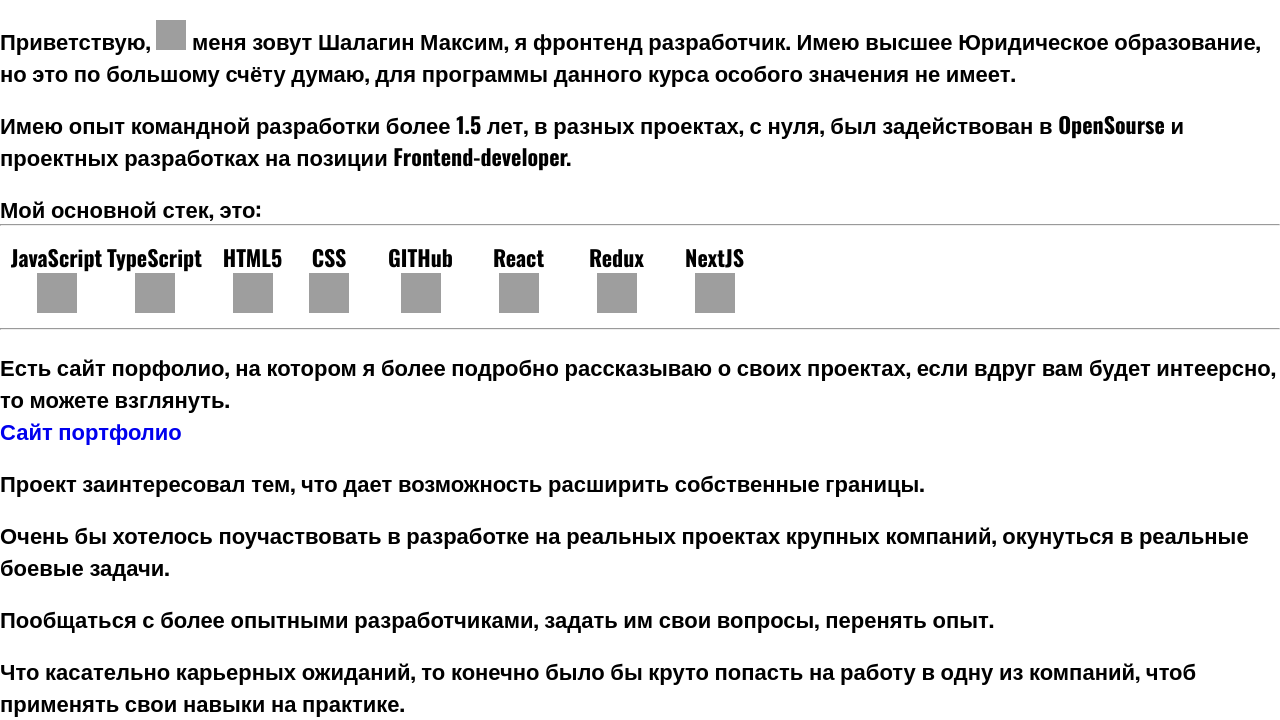
Repository: ni4egonepridumal/letter
Page: index.html
The author's editor kept a copy of each file at every save. The page is drawn from the files as they stood at one save, then again after the next save.
The browser window is 1280 px wide. The pictures show the whole page.
Pictures or frames that could not be fetched are drawn as grey boxes.

Above is the page before, as saved 2024-01-18 17:45:09.

After the next save:
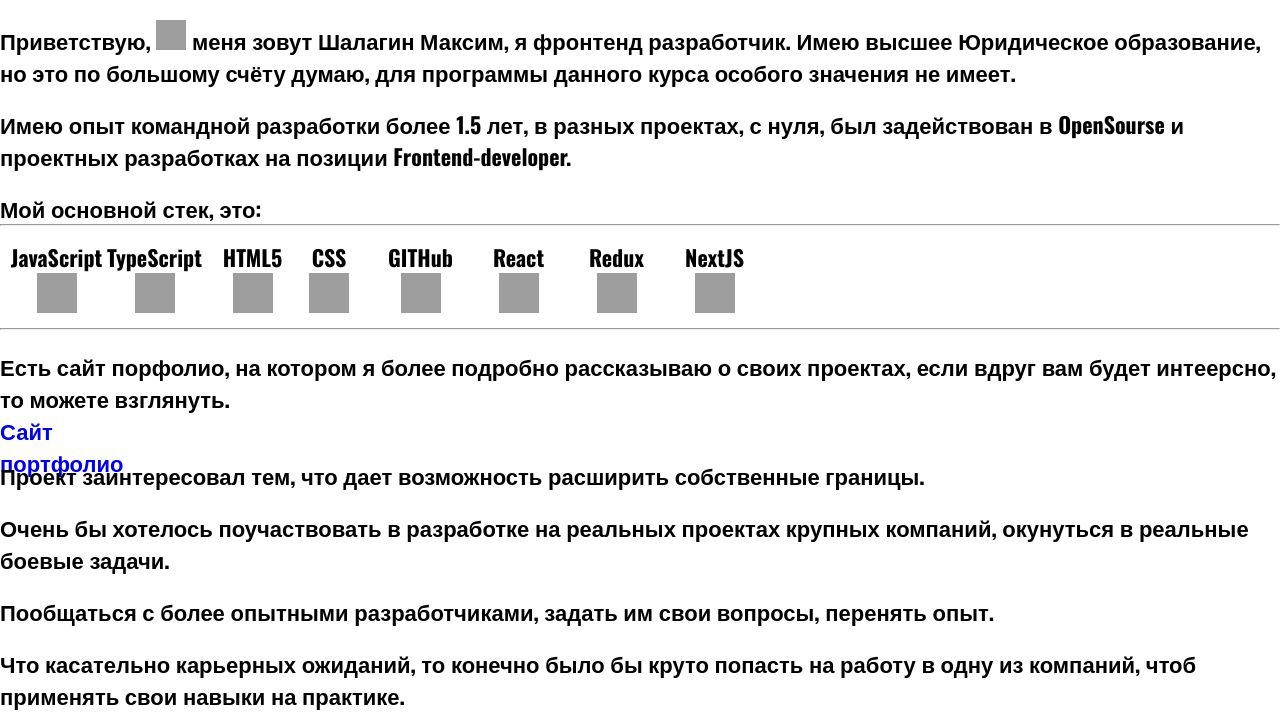
Saved 20 s later.
--- a/style.css
+++ b/style.css
@@ -35,6 +35,8 @@ p {
   flex-wrap: wrap;
 }
 .inner_href {
+  width: 100px;
+  height: 25px;
   background-color: linear-gradient(
     78.55deg,
     #7a05ab 0%,
